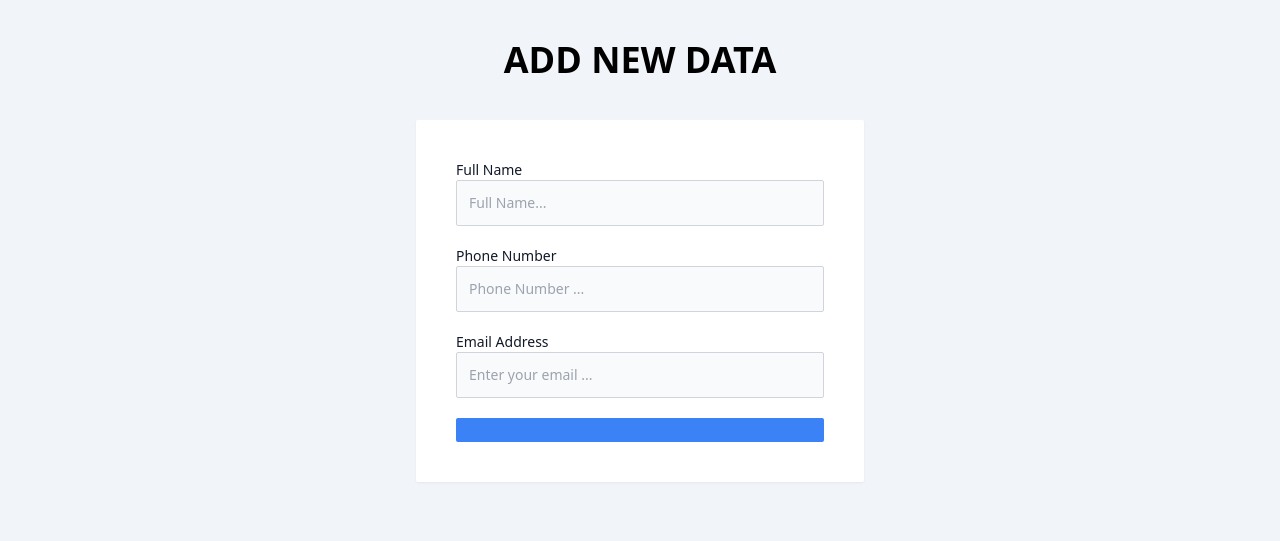
Repository: KilluaProject/crud-nextjs14
Page: /contacts/create
These files come from the project's save history. The page is drawn as it stood at one moment and after the next save; the edit follows.
The browser window is 1280 px wide. The pictures show the whole page.
The project was rebuilt for these pictures with package versions that can differ from the ones it lists, and the page was loaded fresh each time. The framework's server and built-in components were replaced by stand-ins that run in the browser. Also part of the build but not shown: next.config.mjs.

Above is the page before, as saved 2024-06-30 14:21:27.

### app/layout.tsx
import type { Metadata } from "next";
import { Inter } from "next/font/google";
import "./globals.css";

const inter = Inter({ subsets: ["latin"] });

export const metadata: Metadata = {
  title: "CRUD Apps",
  description: "Generated by create next app",
};

export default function RootLayout({
  children,
}: Readonly<{
  children: React.ReactNode;
}>) {
  return (
    <html lang="en">
      <body className='bg-slate-100'>{children}</body>
    </html>
  );
}

### app/contacts/create/page.tsx
import CreateForm from '@/components/CreateForm'
import React from 'react'

const CreateContact = () => {
  return (
    <div className='max-w-md m-auto my-10 flex flex-col gap-10 '>
      <h1 className='text-4xl text-center uppercase font-semibold'>
        Add New Data
      </h1>
        <CreateForm/>
    </div>
  )
}

export default CreateContact

### components/CreateForm.tsx
import React from 'react'

const CreateForm = () => {
  return (
    <div className='bg-white drop-shadow-sm rounded-sm p-10'>
      <form className='flex flex-col gap-5' action="">
        <div>
          <label htmlFor="name" className='block text-sm font-medium text-gray-900'>Full Name</label>
          <input type="text" name='name' id='name' placeholder='Full Name...' className='bg-gray-50 border border-gray-300 text-gray-900 text-sm rounded-sm focus:ring-blue-500 focus:border-blue-500 block w-full p-3' />
        </div>

        <div>
          <label htmlFor="phone" className='block text-sm font-medium text-gray-900'>Phone Number</label>
          <input type="text" name='phone' id='phone' placeholder='Phone Number ...' className='bg-gray-50 border border-gray-300 text-gray-900 text-sm rounded-sm focus:ring-blue-500 focus:border-blue-500 block w-full p-3' />
        </div>

        <div>
          <label htmlFor="email" className='block text-sm font-medium text-gray-900'>Email Address</label>
          <input type="email" name='email' id='email' placeholder='Enter your email ...' className='bg-gray-50 border border-gray-300 text-gray-900 text-sm rounded-sm focus:ring-blue-500 focus:border-blue-500 block w-full p-3' />
        </div>

        <button type='submit' className='text-white bg-blue-500 hover:bg-blue-800 font-medium rounded-sm text-sm w-full py-3 px-5'></button>
      </form>
    </div>
  )
}

export default CreateForm

Loaded but not shown: app/globals.css (common file); tailwind.config.ts (common file)

After the next save:
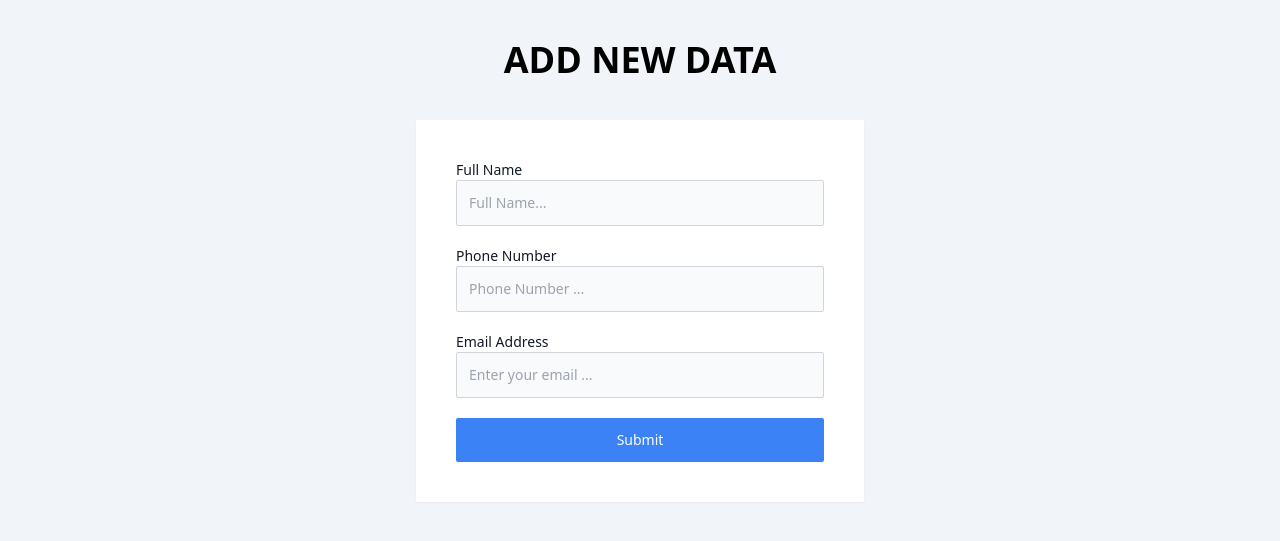
Saved 11 s later.
--- a/components/CreateForm.tsx
+++ b/components/CreateForm.tsx
@@ -19,7 +19,7 @@ const CreateForm = () => {
           <input type="email" name='email' id='email' placeholder='Enter your email ...' className='bg-gray-50 border border-gray-300 text-gray-900 text-sm rounded-sm focus:ring-blue-500 focus:border-blue-500 block w-full p-3' />
         </div>
 
-        <button type='submit' className='text-white bg-blue-500 hover:bg-blue-800 font-medium rounded-sm text-sm w-full py-3 px-5'></button>
+        <button type='submit' className='text-white bg-blue-500 hover:bg-blue-800 font-medium rounded-sm text-sm w-full py-3 px-5'>Submit</button>
       </form>
     </div>
   )
